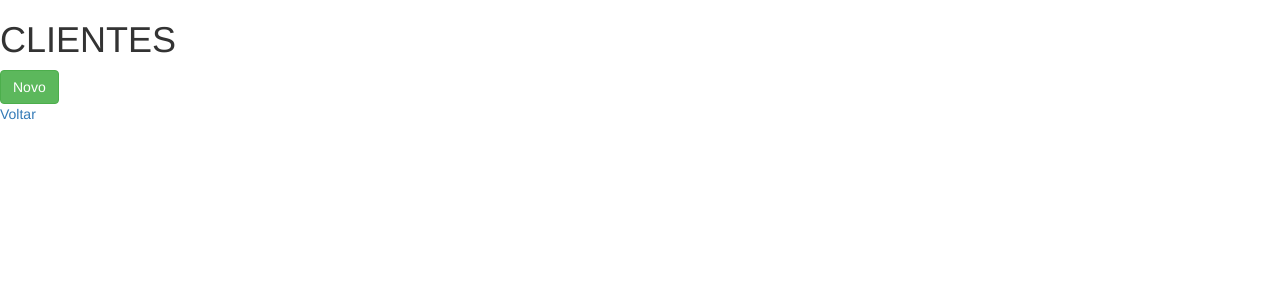
Repository: diegokunha/LojinhaGuru
Page: http://localhost/LojinhaGuru/clientes
The author's editor kept a copy of each file at every save. The page is drawn from the files as they stood at one save, then again after the next save.
The browser window is 1280 px wide. The pictures show the whole page.
Some web libraries are served in a nearby version. The page is served by Tomcat 9. Other server files are loaded and not shown.

Above is the page before, as saved 2017-10-04 00:37:52.

### LojinhaGuru/WebContent/WEB-INF/views/jsp/clientes.jsp
<?xml version="1.0" encoding="utf-8" ?>
<%@ page language="java" contentType="text/html; charset=utf-8"
	pageEncoding="utf-8"%>
<!DOCTYPE html PUBLIC "-//W3C//DTD XHTML 1.0 Transitional//EN" "http://www.w3.org/TR/xhtml1/DTD/xhtml1-transitional.dtd">
<html xmlns="http://www.w3.org/1999/xhtml">
<head>
<meta http-equiv="Content-Type" content="text/html; charset=utf-8" />

<!-- Latest compiled and minified CSS -->
<link rel="stylesheet"
	href="https://maxcdn.bootstrapcdn.com/bootstrap/3.3.7/css/bootstrap.min.css" />

<!-- jQuery library -->
<script
	src="https://ajax.googleapis.com/ajax/libs/jquery/3.2.1/jquery.min.js"></script>

<!-- Latest compiled JavaScript -->
<script
	src="https://maxcdn.bootstrapcdn.com/bootstrap/3.3.7/js/bootstrap.min.js"></script>
<title>Insert title here</title>
</head>
<body>
	<h1>CLIENTES</h1>
	<button type="button" class="btn btn-success">Novo</button> <br />
	<a href="index">Voltar</a>
</body>
</html>

After the next save:
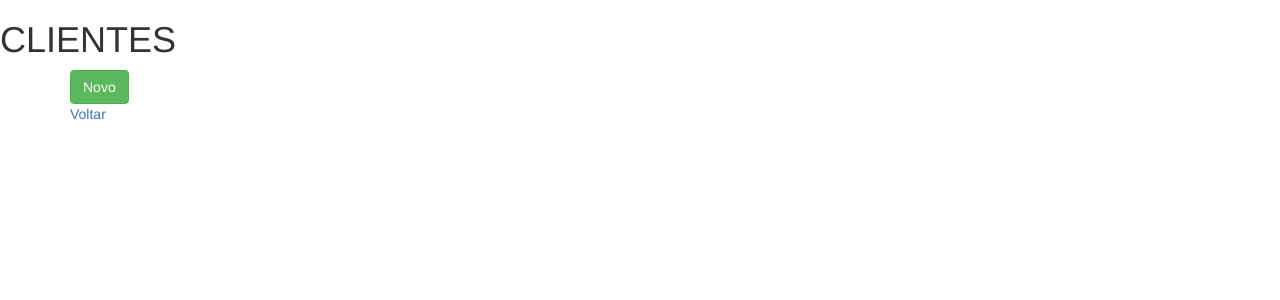
Saved 65 s later.
--- a/LojinhaGuru/WebContent/WEB-INF/views/jsp/clientes.jsp
+++ b/LojinhaGuru/WebContent/WEB-INF/views/jsp/clientes.jsp
@@ -21,7 +21,9 @@
 </head>
 <body>
 	<h1>CLIENTES</h1>
-	<button type="button" class="btn btn-success">Novo</button> <br />
-	<a href="index">Voltar</a>
+	<div class="container">
+		<button type="button" class="btn btn-success">Novo</button>
+		<br /> <a href="index">Voltar</a>
+	</div>
 </body>
 </html>
